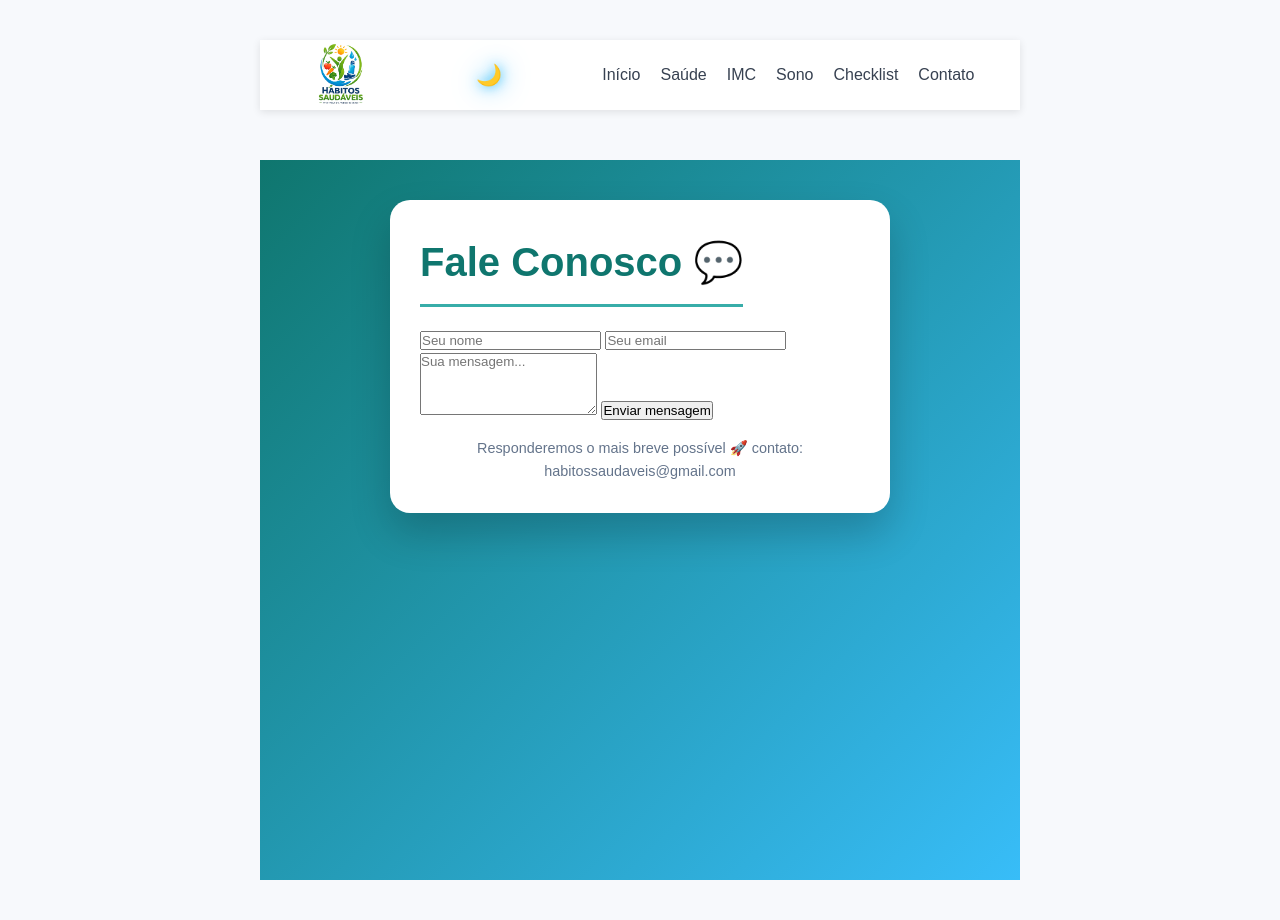
Repository: habitos2026/projetointegrador2026
Page: contato.html
An editor plug-in stored every save of this project. The page is shown before and after a run of saves, followed by the edit.
The browser window is 1280 px wide. The pictures show the whole page.

Above is the page before, as saved 2026-06-10 23:04:59.

### contato.html
<!DOCTYPE html>
<html lang="pt-br">
<head>
<meta charset="UTF-8">
<meta name="viewport" content="width=device-width, initial-scale=1.0">
<title>Contato</title>

<link rel="stylesheet" href="estilos.css">

<style>

    :root {
            --cor-mente: #6a89cc;    /* Azul sereno */
            --cor-fisico: #38ada9;   /* Verde energia */
            --cor-agua: #4a69bd;     /* Azul hidratação */
            --cor-fundo: #f7f9fc;
        }

        /* Animação de Entrada */
        @keyframes fadeInUp {
            from {
                opacity: 0;
                transform: translateY(20px);
            }
            to {
                opacity: 1;
                transform: translateY(0);
            }
        }

        body {
            font-family: 'Segoe UI', Roboto, sans-serif;
            line-height: 1.6;
            background-color: var(--cor-fundo);
            color: #2f3542;
            max-width: 800px;
            margin: 0 auto;
            padding: 40px 20px;
        }

        header {
            text-align: center;
            margin-bottom: 50px;
            animation: fadeInUp 0.8s ease-out;
        }

        h1 {
            color: var(--cor-mente);
            font-size: 2.5rem;
            border-bottom: 3px solid var(--cor-fisico);
            display: inline-block;
            padding-bottom: 10px;
        }

        section {
            background: white;
            padding: 30px;
            border-radius: 15px;
            box-shadow: 0 10px 25px rgba(0,0,0,0.05);
            animation: fadeInUp 1s ease-out;
        }

        h2 {
            color: var(--cor-fisico);
            margin-top: 30px;
            display: flex;
            align-items: center;
            gap: 10px;
        }

/* ÁREA SÓ DO CONTATO */
.contato-page {
    background: linear-gradient(135deg, #0f766e, #38bdf8);
    min-height: 100vh;
    padding: 40px 10px;
}

/* CARD */
.contato-box {
    max-width: 500px;
    margin: auto;
    background: white;
    padding: 30px;
    border-radius: 20px;
    box-shadow: 0 20px 40px rgba(0,0,0,0.2);
    animation: subir 0.6s ease;
}

/* ANIMAÇÃO */
@keyframes subir {
    from {
        opacity: 0;
        transform: translateY(40px);
    }
    to {
        opacity: 1;
        transform: translateY(0);
    }
}

.contato-box h1 {
    text-align: center;
    color: #0f766e;
    margin-bottom: 20px;
}

/* FORM */
.contato-form {
    display: flex;
    flex-direction: column;
    gap: 15px;
}

.contato-form input,
.contato-form textarea {
    padding: 12px;
    border-radius: 10px;
    border: 1px solid #cbd5e1;
    outline: none;
    transition: 0.3s;
    font-size: 1rem;
}

.contato-form input:focus,
.contato-form textarea:focus {
    border-color: #0f766e;
    box-shadow: 0 0 8px rgba(15,118,110,0.3);
}

/* BOTÃO */
.contato-form button {
    padding: 12px;
    border: none;
    border-radius: 10px;
    background: #0f766e;
    color: white;
    font-weight: bold;
    cursor: pointer;
    transition: 0.3s;
}

.contato-form button:hover {
    background: #115e59;
    transform: scale(1.03);
    cursor: pointer;
}

/* TEXTO */
.info {
    text-align: center;
    margin-top: 15px;
    color: #64748b;
    font-size: 0.9rem;
}

</style>

</head>

<body>

<div id="menu"></div>

<div class="contato-page">

    <div class="contato-box">
        <h1>Fale Conosco 💬</h1>

        <form class= method="post">
            <input type="text" placeholder="Seu nome" required>
            <input type="email" placeholder="Seu email" required>
            <textarea rows="4" placeholder="Sua mensagem..." required></textarea>
            <button type="submit">Enviar mensagem</button>
        </form>

        <div class="info">
            Responderemos o mais breve possível 🚀

                    contato: habitossaudaveis@gmail.com
        </div>
    </div>

</div>

<script src="trabalho.js"></script>

</body>
</html>

### estilos.css
:root{
    --cinza245: rgb(245,245,245);
    --cinza220: rgb(220,220,220);
    --cinza128: rgb(128,128,128);
    --azul: rgb(0,80,120);
    --amarelo: yellow;
}

/* RESET */
*{
    margin:0;
    padding:0;
    box-sizing:border-box;
    font-family:Arial, sans-serif;
}

body{
    background:#f5f7fb;
    color:#1f2937;
}

/* HEADER */
header{
    background:white;
    height:70px;

    display:flex;
    align-items:center;
    justify-content:space-between;

    padding:0 6%;

    box-shadow:0 2px 8px rgba(0,0,0,0.1);
}

/* LOGO */
.logo{
    height:100%;
    width:auto;
}

/* MENU */
.menu{
    display:flex;
    align-items:center;
    gap:20px;
}

.menu a{
    text-decoration:none;
    color:#374151;
    transition: 0.5s;

}

.menu a:hover{
    color:#0f766e;
    text-shadow: 0 0 6px #01b3a4;
}

/* TOPO MENU MOBILE */
.topoMenu{
    display:none;
}

/* BOTÃO MENU */
.botaoMenu{
    border:none;
    background:transparent;

    display:none;
    flex-direction:column;

    gap:6px;

    cursor:pointer;
    transition:0.5s;
}

.botaoMenu div{
    width:28px;
    height:3px;

    background:black;
    transition:0.5s;
}

/* MAIN */
main{
    max-width:800px;

    margin:40px auto;

    background:white;

    padding:30px;

    border-radius:10px;
}

/* TEXTOS */
h1{
    color:#0f766e;
    margin-bottom:10px;
}

p{
    margin-bottom:15px;
}

/* BANNER */
.bannerIndexInicio{
    width:100%;
    height:300px;
    overflow:hidden;
}

.bannerIndexInicio img{
    width:100%;
    height:100%;

    object-fit:cover;
    display:block;
}

.bannerIndex{
    height:100%;

    display:flex;
    justify-content:center;

    overflow:hidden;

    aspect-ratio:16/9;
}

.bannerIndex img{
    width:70%;
    height:80%;

    object-fit:cover;
}

/* BOX ÁGUA */
.agua-box{
    background:#ecfeff;

    padding:20px;

    border-radius:15px;

    margin-bottom:20px;
}

.agua-box h2{
    color:#0f766e;
    margin-bottom:10px;
}

.agua-box input{
    width:100%;

    padding:10px;

    margin-bottom:10px;

    border-radius:8px;

    border:1px solid #ccc;
}

.agua-box button{
    width:100%;

    padding:12px;

    background:#0f766e;

    color:white;

    border:none;

    border-radius:8px;

    cursor:pointer;

    transition:0.5s;
}

.agua-box button:hover{
    background:#115e59;

    transform:scale(1.01);

    box-shadow:
    0 0 10px rgb(1, 255, 234),
    0 0 15px rgb(0, 173, 253);
}

#resultadoAgua{
    margin-top:10px;
    font-weight:bold;
}

/* LISTAS */
.listas{
    width:65%;

    display:grid;

    grid-template-columns:repeat(2, 1fr);

    gap:1rem;
}

/* IMAGENS SAÚDE */
.Saude .Imagem img{

    width:35%;

    height:auto;

    object-fit:cover;

    border-radius:15px;

    transition:0.4s;
}

.Saude .Imagem img:hover{

    transform:scale(1.05);

    box-shadow:
    0 0 10px cyan,
    0 0 20px cyan,
    0 0 40px cyan;
}

.imc-box{
    background:#0f766e;

    padding:20px;

    border-radius:20px;

    margin-top:3rem;


}

.imc-box input{
    width:100%;

    padding:10px;

    margin-bottom:10px;

    border-radius:8px;

    border:1px solid #ccc;
}

.imc-box button{
    width:100%;

    padding:12px;

    background: white;

    border: none;

    border-radius:8px;

    cursor:pointer;

    transition:0.5s;
}

.imc-box button:hover{
    background:#f0f0f0;

    transform:scale(1.002);

    box-shadow:
    0 0 6px rgb(1, 255, 234),
    0 0 8px rgb(0, 173, 253),
    0 0 15px  rgba(18, 165, 153);
}

#resultado{
    margin-top:20px;

    font-weight:bold;

    display: flex;

    flex-direction: column;

    align-items: center;

    gap: 10px;

}

#botaoFecharMenu{
    border:none;

    background:transparent;

    box-shadow: none;

    font-size:20px;

    cursor:pointer;

    transition: 0.5s;

    border-radius: 100px;

}


#botaoFecharMenu:hover{
    color: red;
    text-shadow:  0 0 11px rgb(255, 0, 0);
}

#botaoFecharMenu:active{
  animation: clickEffect 0.2s ease;
}


/* ===== BOTÃO TEMA ===== */

/* Tema CLARO ativo — botão mostra 🌙 — neon azul */
#btnTema {
    background: transparent;
    border: none;
    border-radius: 50%;
    width: 38px;
    height: 38px;
    font-size: 1.3rem;
    cursor: pointer;
    transition: all 0.3s;
    filter: drop-shadow(0 0 6px #38bdf8) drop-shadow(0 0 12px #7dd3fc);
}

#btnTema:hover {
    transform: scale(1.12) rotate(10deg);
    filter: drop-shadow(0 0 10px #38bdf8) drop-shadow(0 0 20px #7dd3fc);
}

/* Tema ESCURO ativo — botão mostra ☀️ — neon amarelo */
body.dark #btnTema {
    border: none;
    box-shadow: none;
    filter: drop-shadow(0 0 6px #f59e0b) drop-shadow(0 0 12px #fbbf24);
}

body.dark #btnTema:hover {
    transform: scale(1.2) rotate(50deg);
    filter: drop-shadow(0 0 10px #f59e0b) drop-shadow(0 0 20px #fbbf24);
}

/* ===== DARK MODE ===== */
body.dark {
    background: #0a0f1e;
    color: #e2e8f0;
}

body.dark header {
    background: #0d1b2a;
    box-shadow: 0 2px 8px rgba(0,0,0,0.5);
}

body.dark .menu {
    background: #0d1b2a;
}

body.dark .menu a {
    color: #94a3b8;
    border-bottom-color: #1e3a5f;
}

body.dark .menu a:hover {
    color: #7dd3fc;
    text-shadow: 0 0 6px #7dd3fc88;
}

body.dark main,
body.dark section {
    background: #0d1b2a;
    box-shadow: 0 4px 20px rgba(0,0,0,0.3);
}

body.dark .logo {
    filter: brightness(0.9) drop-shadow(0 0 6px rgba(56, 189, 248, 0.4));
    border-radius: 50%;
    background: transparent;
    mix-blend-mode: screen;
}

body.dark h1 {
    color: #38bdf8;
    text-shadow: 0 0 8px #38bdf855;
}

body.dark h2 {
    color: #7dd3fc;
    text-shadow: none;
}

body.dark .agua-box {
    background: #0d2137;
    border: 1px solid #1e3a5f;
}

body.dark .agua-box input,
body.dark .imc-box input,
body.dark .contato-form input,
body.dark .contato-form textarea {
    background: #0a0f1e;
    color: #e2e8f0;
    border-color: #1e3a5f;
}

body.dark .habit-item {
    background: #0d1b2a;
    color: #e2e8f0;
}

body.dark .barra {
    background: #1e293b;
}

body.dark .barra span {
    background: #38bdf8;
}

body.dark li {
    background: #0d1b2a;
    border-left-color: #38bdf8;
    color: #e2e8f0;
}

body.dark li:hover {
    background: #0d2137;
}

body.dark .contato-box {
    background: #0d1b2a;
}

body.dark .contato-form input,
body.dark .contato-form textarea {
    background: #0a0f1e;
    color: #e2e8f0;
    border-color: #1e3a5f;
}

body.dark footer {
    color: #475569;
}

@keyframes clickEffect {
  0% {
    transform: scale(1);
    text-shadow: 0 0 10px red;
  }
  50% {
    transform: scale(0.95);
    text-shadow: 0 0 20px red;
  }
  100% {
    transform: scale(1);
    text-shadow: 0 0 10px red;
  }
}

/* ANIMAÇÃO */
@keyframes subir{

    from{
        opacity:0;
        transform:translateY(-20px);
    }

    to{
        opacity:1;
        transform:translateY(0);
    }

}

/* MOBILE */
@media screen and (max-width:950px){

    .botaoMenu{
        display:flex;

        animation:subir 0.5s ease;
    }

    .botaoMenu:hover{
        transform: scale(1.03);
    }
    .botaoMenu:hover div{
        box-shadow: 0 10px 15px rgba(0,0,0,0.4);

    }

    .menu{
        position:fixed;

        top:0;
        right:-100%;

        width:80%;
        height:100vh;

        background:white;

        flex-direction:column;

        align-items:flex-start;

        padding:30px;

        transition: right 0.5s;

        z-index:999;
    }

    .menu a{
        width:100%;

        padding:12px 0;


        border-bottom:1px solid var(--cinza220);

        text-decoration:none;

        color:#374151;

        transition: 0.10s;

}

    .menu a:hover{
    color:#0f766e;
    text-shadow: 0 0 6px #01b3a4;
    border: #01b3a4 1px solid;
    transition: 0.5s;
}

    .topoMenu{
        display:flex;

        width:100%;

        justify-content:space-between;

        align-items:center;

        margin-bottom:30px;
    }

    .topoMenu button{
        border:none;

        background:transparent;

        font-size:20px;

        cursor:pointer;
    }

    main{
        margin:20px;
    }

    .bannerIndex img{
        width:100%;
        height:220px;
    }

    .listas{
        width:100%;

        grid-template-columns:1fr;
    }

    .Saude .Imagem img{
        width:100%;
    }
}

### trabalho.js
// ===== DARK MODE — roda ANTES de tudo =====
if (localStorage.getItem("tema") === "dark") {
    document.body.classList.add("dark");
}

// ===== MENU =====
fetch("menu.html")
.then(res => res.text())
.then(data => {

    document.getElementById("menu").innerHTML = data;

    // Botão tema
    const btnTema = document.getElementById("btnTema");
    btnTema.textContent = document.body.classList.contains("dark") ? "☀️" : "🌙";

    btnTema.addEventListener("click", () => {
        document.body.classList.toggle("dark");
        const temaDark = document.body.classList.contains("dark");
        localStorage.setItem("tema", temaDark ? "dark" : "light");
        btnTema.textContent = temaDark ? "☀️" : "🌙";
    });

    // Botões do menu mobile
    const abrir = document.querySelector(".botaoMenu");
    const fechar = document.querySelector("#botaoFecharMenu");
    const menu = document.querySelector("#menuNav");

    abrir.addEventListener("click", () => {
        menu.style.right = "0";
    });

    fechar.addEventListener("click", () => {
        menu.style.right = "-100%";
    });

});

// ===== RESTO DAS FUNÇÕES =====

function calc() {
    const checks = document.querySelectorAll('.habit-item input');
    let marcados = 0;

    checks.forEach(check => {
        if(check.checked) marcados++;
    });

    let porcentagem = (marcados / checks.length) * 100;

    document.getElementById("pct").innerText = Math.round (porcentagem) + "%";
    document.getElementById("bar").style.width = porcentagem + "%";

    const msg = document.getElementById("msg");
    const imgGif = document.getElementById("imgGif");

    if (porcentagem === 100) {

    msg.innerText = "Parabéns! Você completou todos os hábitos 🎉";

    lancarConfetes();

} else {

    msg.innerText = "";
    imgGif.innerHTML = "";

}
}

const data = document.getElementById("data");
if (data) {
    data.addEventListener("click", () => {
        data.showPicker();
    });
}

function calcularAgua() {
    const peso = parseFloat(document.getElementById("peso").value);
    const idade = parseInt(document.getElementById("idade").value);

    if (isNaN(peso) || peso <= 0 || isNaN(idade) || idade <= 0) {
        document.getElementById("resultadoAgua").innerText = "Por favor, preencha peso e idade corretamente.";
        return;
    }

    let mlPorKg;

    if (idade <= 17) mlPorKg = 40;
    else if (idade <= 55) mlPorKg = 35;
    else if (idade <= 65) mlPorKg = 30;
    else mlPorKg = 25;

    const totalMl = peso * mlPorKg;
    const totalLitros = (totalMl / 1000).toFixed(1);

    document.getElementById("resultadoAgua").innerText =
        `Você deve beber aproximadamente ${totalLitros}L de água por dia.`;
}

function lancarConfetes() {

    // Evita lançar várias vezes
    if (document.getElementById("confetes")) return;

    const canvas = document.createElement("canvas");
    canvas.id = "confetes";

    // Cobre a tela toda
    canvas.style.cssText = `
        position: fixed;
        top: 0;
        left: 0;
        width: 100%;
        height: 100%;
        pointer-events: none;
        z-index: 9999;
    `;

    document.body.appendChild(canvas);

    const ctx = canvas.getContext("2d");
    canvas.width = window.innerWidth;
    canvas.height = window.innerHeight;

    // Cores dos confetes
    const cores = [
        "#f59e0b", "#38bdf8", "#34d399",
        "#f472b6", "#a78bfa", "#fb923c"
    ];

    // Cria 150 confetes
    const confetes = Array.from({ length: 150 }, () => ({
        x: Math.random() * canvas.width,
        y: Math.random() * -canvas.height,
        w: Math.random() * 10 + 6,
        h: Math.random() * 5 + 3,
        cor: cores[Math.floor(Math.random() * cores.length)],
        velocidade: Math.random() * 4 + 2,
        angulo: Math.random() * 360,
        rotacao: Math.random() * 6 - 3,
        oscilacao: Math.random() * 2 - 1
    }));

    let frame;
    let tempo = 0;

    function animar() {
        ctx.clearRect(0, 0, canvas.width, canvas.height);
        tempo++;

        confetes.forEach(c => {
            c.y += c.velocidade;
            c.x += c.oscilacao;
            c.angulo += c.rotacao;

            ctx.save();
            ctx.translate(c.x, c.y);
            ctx.rotate((c.angulo * Math.PI) / 180);
            ctx.fillStyle = c.cor;
            ctx.fillRect(-c.w / 2, -c.h / 2, c.w, c.h);
            ctx.restore();
        });

        // Para após 4 segundos
        if (tempo < 240) {
            frame = requestAnimationFrame(animar);
        } else {
            cancelAnimationFrame(frame);
            canvas.remove();
        }
    }

    animar();
}

### menu.html
<header>

    <img class="logo" src="pasta-de-imagens/Logo.png" alt="Logo">

    <button id="btnTema" title="Alternar tema">🌙</button>

    <button class="botaoMenu">

        <div></div>
        <div></div>
        <div></div>

    </button>

    <nav id="menuNav" class="menu">

        <div class="topoMenu">

            <h3>Menu</h3>
            <button id="botaoFecharMenu">X</button>
            <button id="abrirMenu" class="botaoMenu"></button>

        </div>

        <a href="index.html">Início</a>
        <a href="saude.html">Saúde</a>
        <a href="imc.html">IMC</a>
        <a href="sono.html">Sono</a>
        <a href="checklist.html">Checklist</a>
        <a href="contato.html">Contato</a>

    </nav>

</header>

After the next 2 saves:
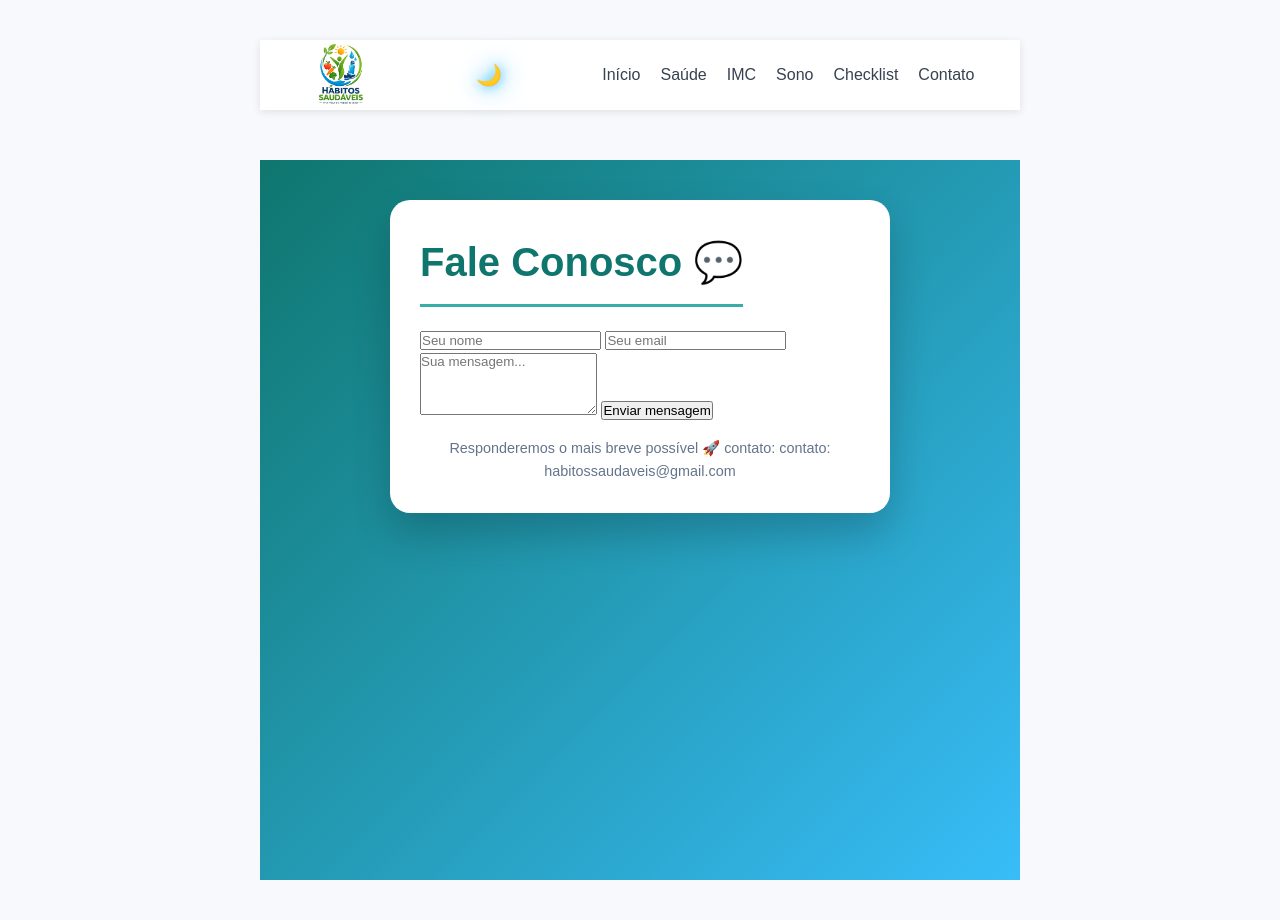
The 2 saves are shown as one change because they came seconds apart.
The last was saved 20 s later.
--- a/contato.html
+++ b/contato.html
@@ -175,7 +175,7 @@
 
         <div class="info">
             Responderemos o mais breve possível 🚀
-
+                         contato:
                     contato: habitossaudaveis@gmail.com
         </div>
     </div>

After the save that followed:
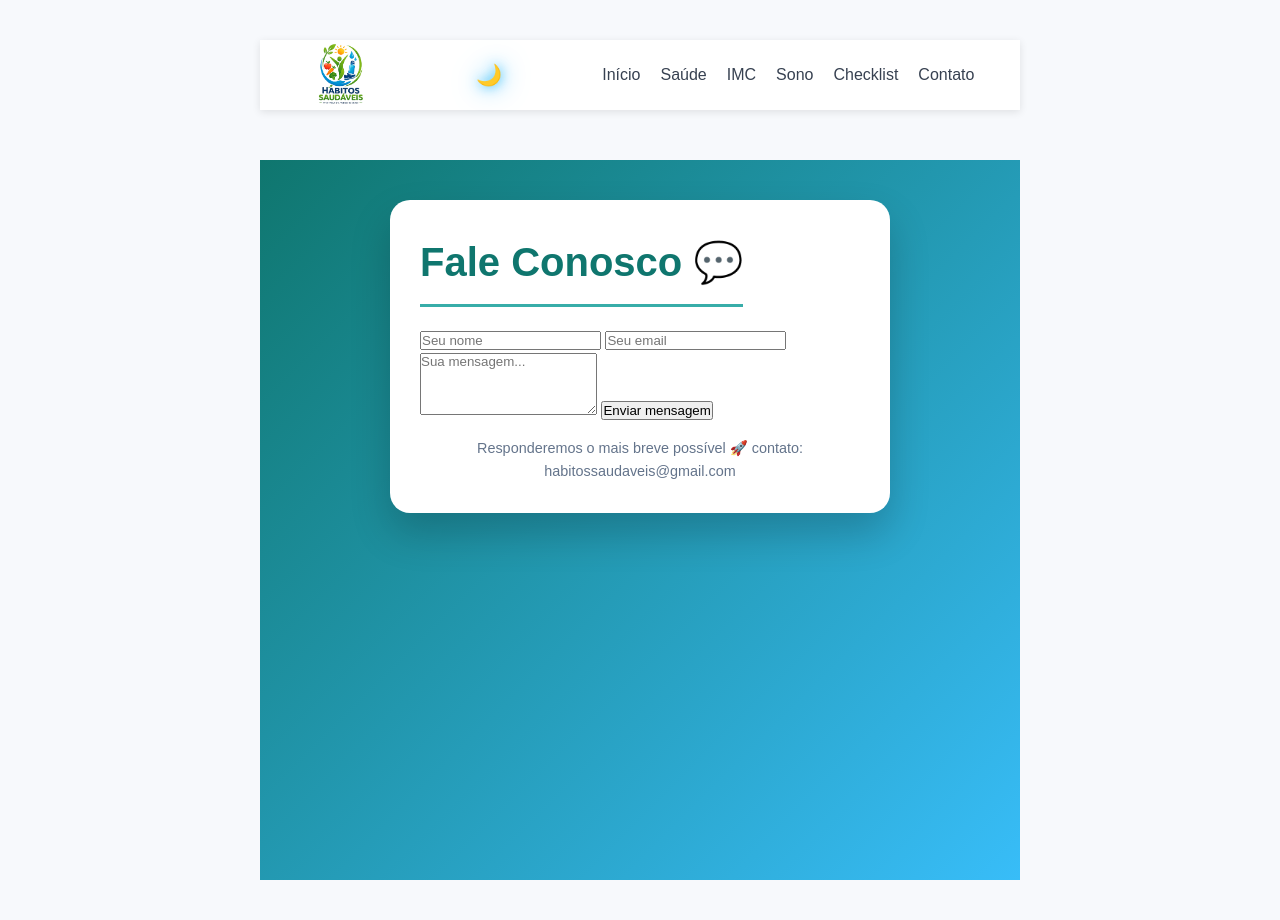
Saved 7 s later.
--- a/contato.html
+++ b/contato.html
@@ -176,7 +176,7 @@
         <div class="info">
             Responderemos o mais breve possível 🚀
                          contato:
-                    contato: habitossaudaveis@gmail.com
+                    habitossaudaveis@gmail.com
         </div>
     </div>
 
